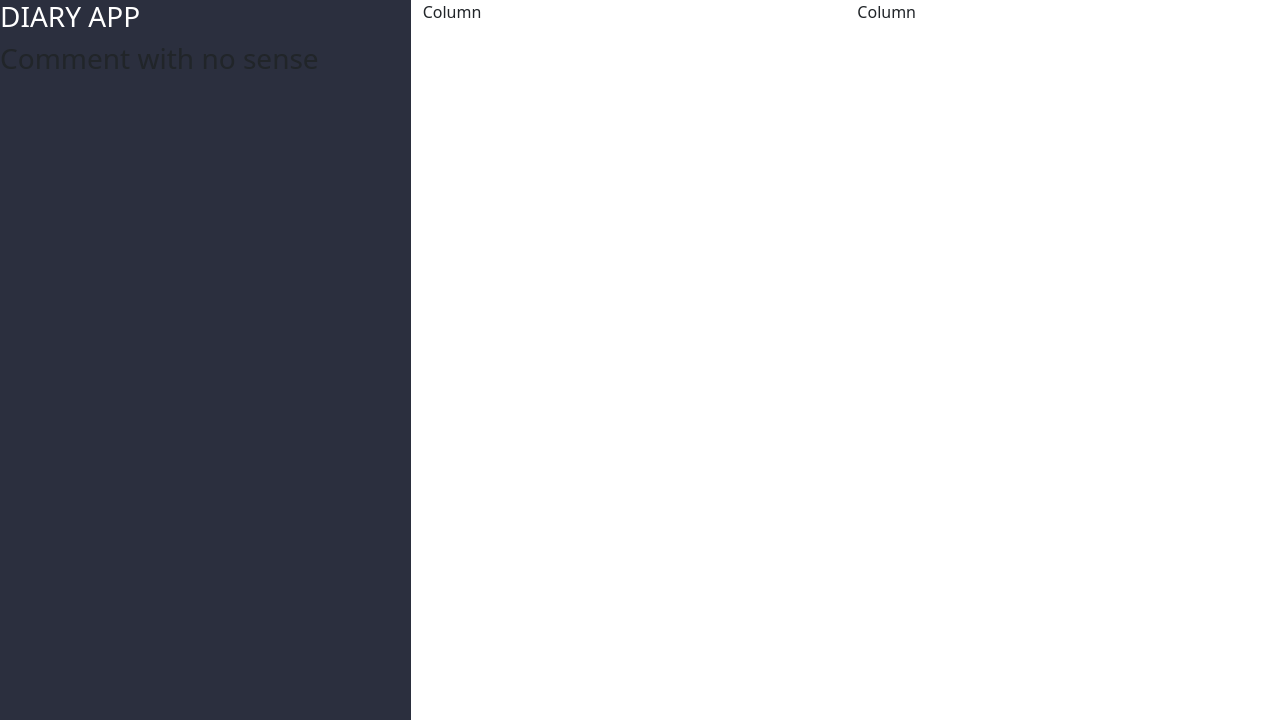
Repository: tsydikov/diary
Page: /
An editor plug-in stored every save of this project. The page is shown before and after the next save, followed by the edit.
The browser window is 1280 px wide. The pictures show the whole page.
The project was rebuilt for these pictures with package versions that can differ from the ones it lists, and the page was loaded fresh each time.

Above is the page before, as saved 2021-09-10 18:56:36.

### public/index.html
<!DOCTYPE html>
<html lang="en">
  <head>
    <meta charset="utf-8" />
    <meta name="viewport" content="width=device-width, initial-scale=1" />
    <link href="https://cdn.jsdelivr.net/npm/bootstrap@5.1.1/dist/css/bootstrap.min.css" rel="stylesheet" integrity="sha384-F3w7mX95PdgyTmZZMECAngseQB83DfGTowi0iMjiWaeVhAn4FJkqJByhZMI3AhiU" crossorigin="anonymous">
    <title>Diary App</title>
  </head>
  <body>
    <noscript>You need to enable JavaScript to run this app.</noscript>
    <div id="root"></div>
  </body>
</html>

### src/App.js
import React from "react";
import Navbar from "./UI/Navbar/Navbar";

function App() {
  return (
    <div class="container-fluid" >
      <div class="row " >
        <div class="col px-0" >
          <Navbar />
    </div>
        <div class="col">
          Column
    </div>
        <div class="col">
          Column
    </div>
      </div>
    </div>
  );
}

export default App;

### src/UI/Navbar/Navbar.jsx
import React from 'react';
import cl from './Navbar.module.css'
// style={{background:'red'}}
const Navbar = () => {
    return (
        <div className={cl.container} >
            <h1>diary app</h1>
            <h3>Comment with no sense</h3>
        </div>
    );
};

export default Navbar;

### src/UI/Navbar/Navbar.module.css
.container {
    background: #2b2f3e;
    height: 100vh;
}

.container h1 {
    text-transform: uppercase;
    color:white;
    font-size: 28px;
    font-weight:200;
}

Loaded but not shown: src/index.js (common file)

After the next save:
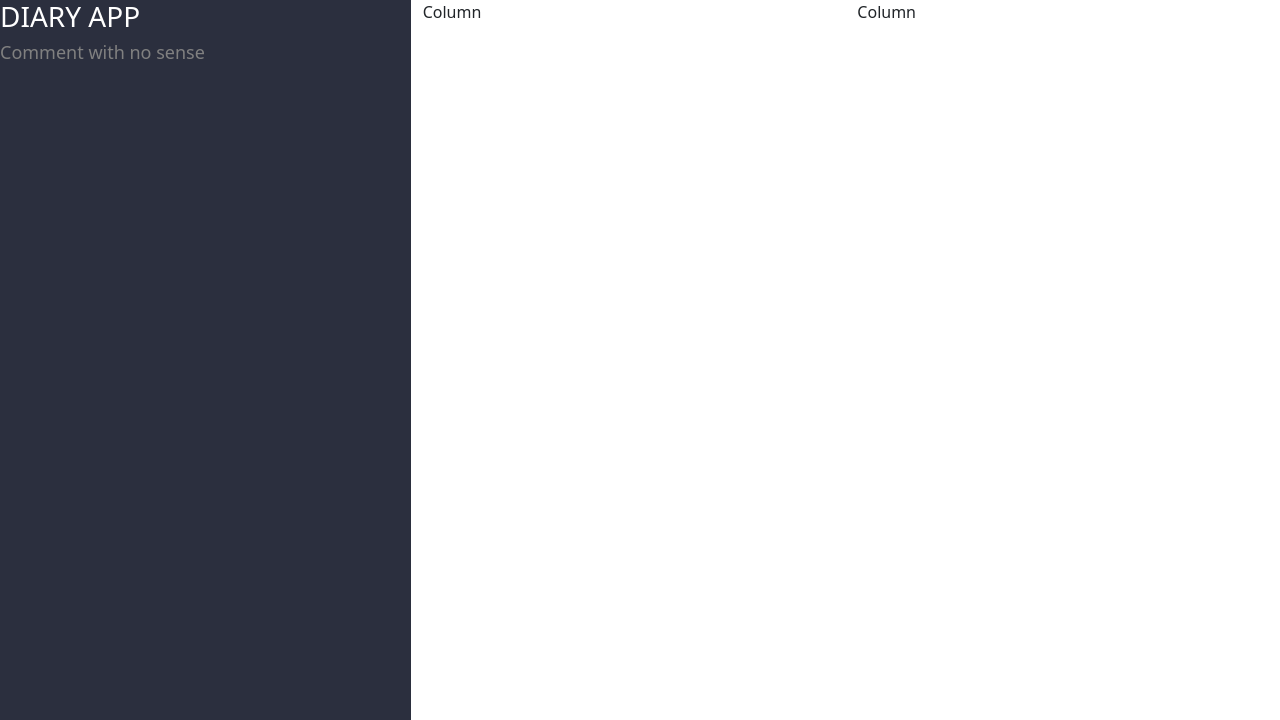
Saved 42 s later.
--- a/src/UI/Navbar/Navbar.module.css
+++ b/src/UI/Navbar/Navbar.module.css
@@ -9,3 +9,9 @@
     font-size: 28px;
     font-weight:200;
 }
+
+.container h3 {
+    color:gray;
+    font-size: 18px;
+    font-weight:200;
+}
